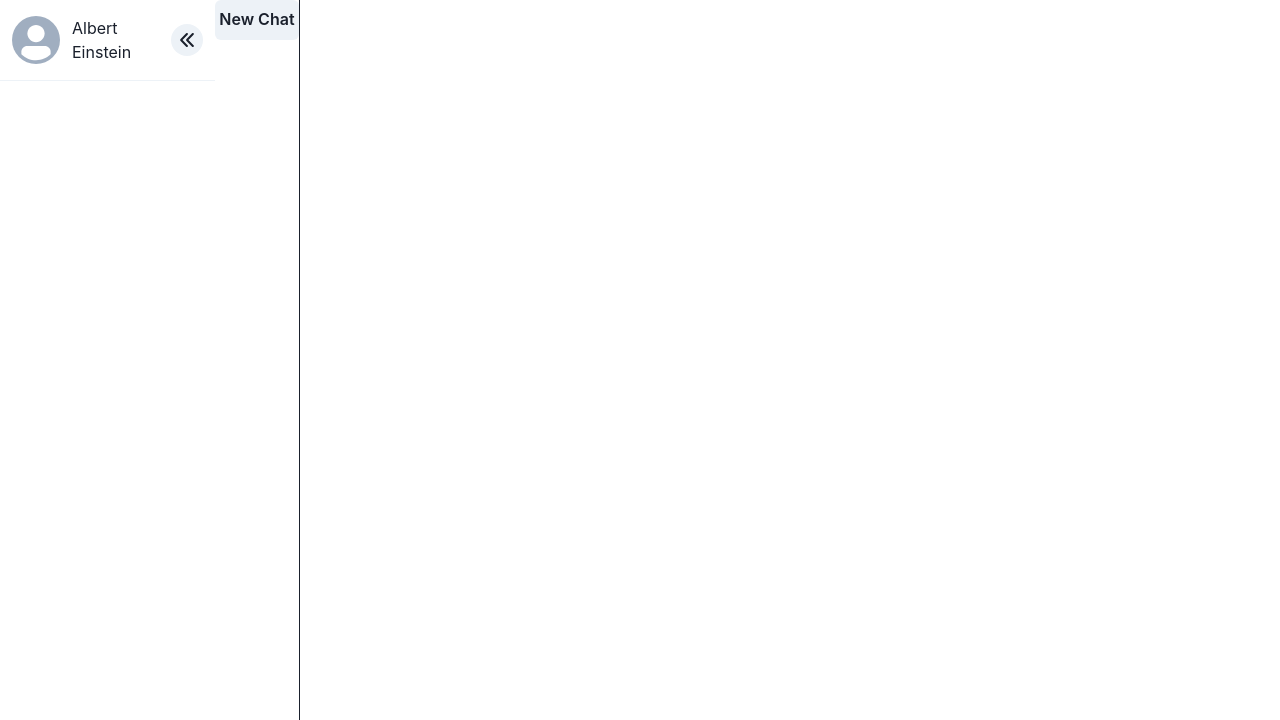
Repository: Siva20021/chat-app
Page: /
These files come from the project's save history. The page is drawn as it stood at one moment and after a run of saves; the edit follows.
The browser window is 1280 px wide. The pictures show the whole page.
The project was rebuilt for these pictures with package versions that can differ from the ones it lists, and the page was loaded fresh each time. The framework's server and built-in components were replaced by stand-ins that run in the browser. Also part of the build but not shown: next.config.js, components/Login.js.

Above is the page before, as saved 2022-06-05 12:05:49.

### pages/_app.js
import { ChakraProvider } from "@chakra-ui/react"
import Login from "../components/Login"
import Sidebar from "../components/Sidebar"


function MyApp({ Component, pageProps }) {
  //return <Component {...pageProps} />
  return(
    <ChakraProvider>
      <Sidebar/>
    </ChakraProvider>
  )
}

export default MyApp

### pages/index.js
import Head from 'next/head'


export default function Home() {
  return (
    <div>
      <Head>
        <title>Create Next App</title>
        <meta name="description" content="Generated by create next app" />
        <link rel="icon" href="/favicon.ico" />
      </Head>
    </div>
  )
}

### components/Sidebar.js
import { ArrowLeftIcon } from '@chakra-ui/icons'
import { Avatar, Button, Flex, IconButton, Text } from '@chakra-ui/react'
import React from 'react'

export default function Sidebar() {
  return (
    <Flex
        //bg="blue.100"
        w="300px"
        h="100vh"
        borderEnd="1px solid"
        borderColors="gray.200"

    >
        <Flex
            //bg="red.100"
            h="81px" w="100%"
            align="center"
            justifyContent="space-between"
            borderBottom="1px solid" borderColor="gray.100"
            p={3}

        >
            <Flex align="center">
                <Avatar src="" marginEnd={3} />
                <Text>Albert Einstein</Text>
            </Flex>

            <IconButton size="sm" isRound icon={<ArrowLeftIcon/>}/>
        </Flex>
        <Button>New Chat</Button>
    </Flex>
  )
}

After the next 3 saves:
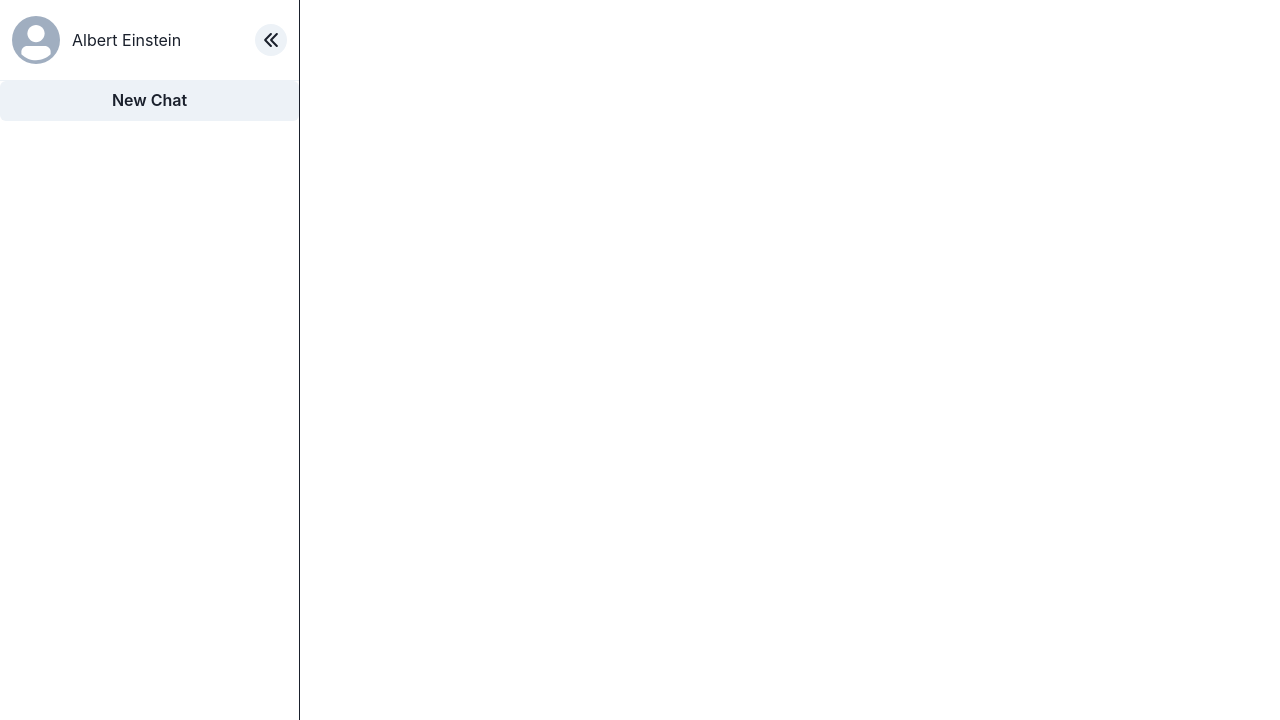
The 3 saves are shown as one change because 1 did not build or start and some came seconds apart.
The last was saved 14 s later.
--- a/components/Sidebar.js
+++ b/components/Sidebar.js
@@ -10,7 +10,7 @@ export default function Sidebar() {
         h="100vh"
         borderEnd="1px solid"
         borderColors="gray.200"
-
+        direction="column"
     >
         <Flex
             //bg="red.100"
